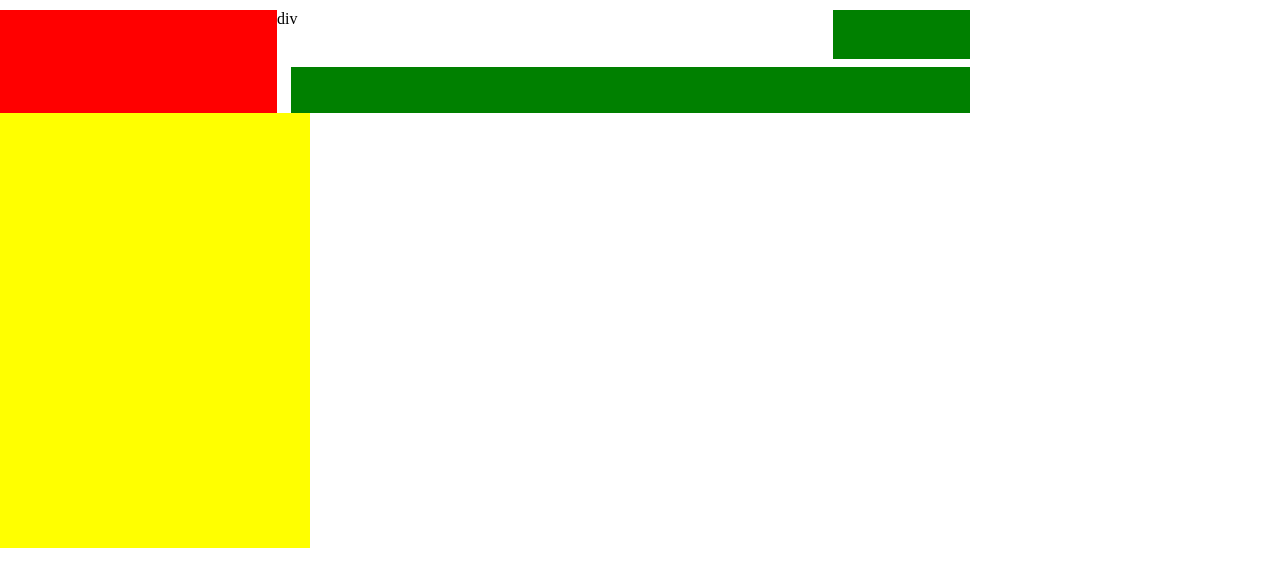
Repository: KaibutsuSama/CodePracticeExample
Page: Html5+Css3/Css3/04.浮动/03.homework.html
An editor plug-in stored every save of this project. The page is shown before and after the next save, followed by the edit.
The browser window is 1280 px wide. The pictures show the whole page.

Above is the page before, as saved 2023-01-29 23:28:34.

After the next save:
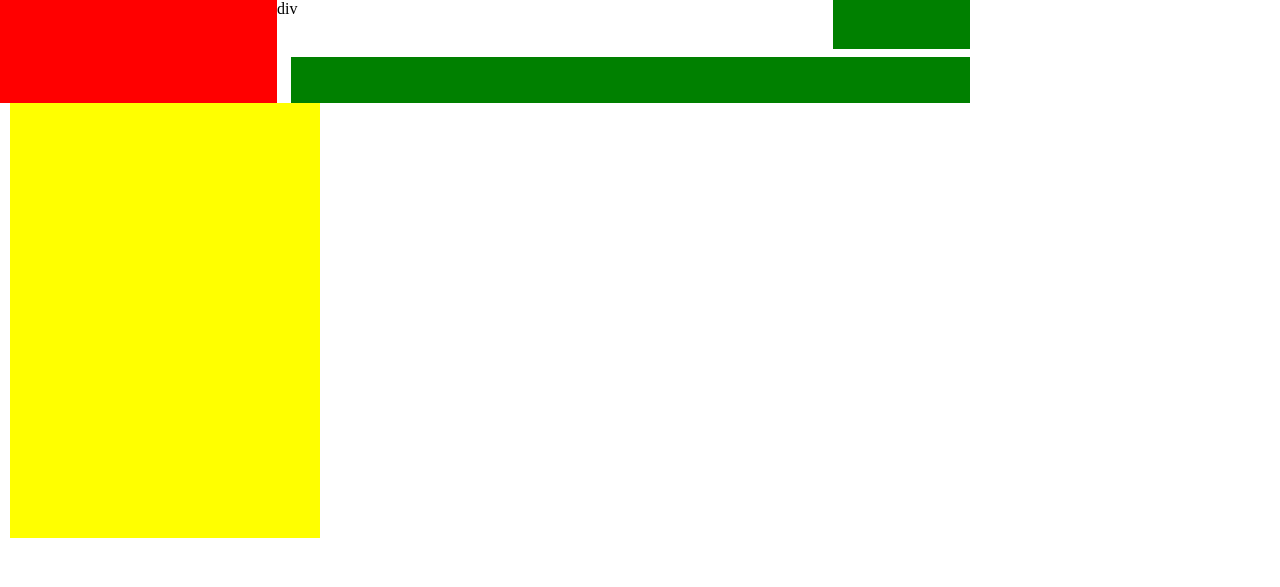
Saved 13 s later.
--- a/Html5+Css3/Css3/04.浮动/03.homework.html
+++ b/Html5+Css3/Css3/04.浮动/03.homework.html
@@ -35,7 +35,7 @@
         }
 
         .main{
-            margin: 10px 0;
+            margin: 0 10px;
             margin-bottom: 10px;
         }
 
